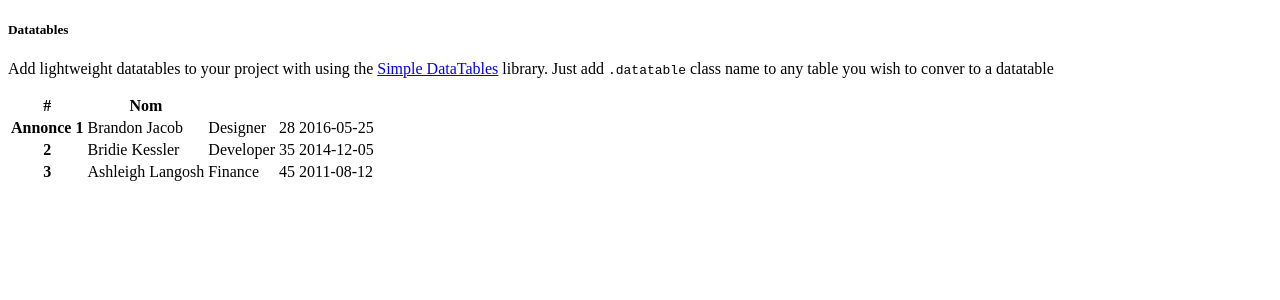
Repository: antsamadagascar/HR-Recruitment
Page: http://localhost/semestre5/application/views/table/annonces_tables.php
An editor plug-in stored every save of this project. The page is shown before and after the next save, followed by the edit.
The browser window is 1280 px wide. The pictures show the whole page.
The page is run by PHP 8.4 with error messages shown; the project is at /var/www/html/. application/core/MY_Config.php is not in the repository; a stand-in opens the database connection.

Above is the page before, as saved 2024-11-13 16:45:55.

After the next save:
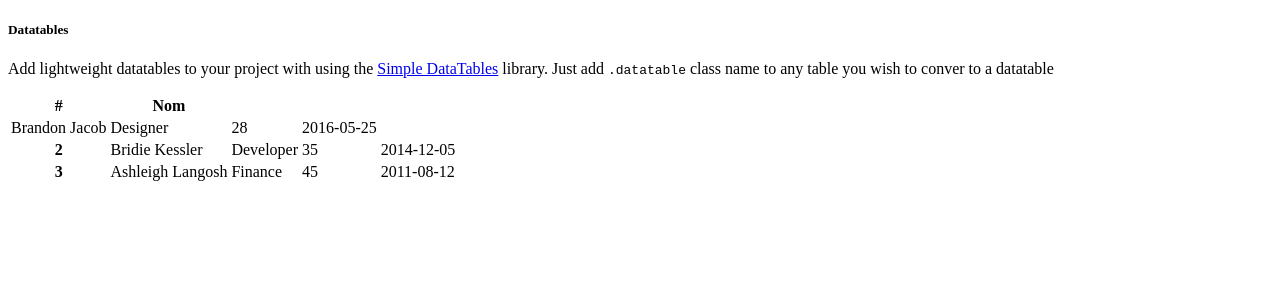
Saved 18 s later.
--- a/application/views/table/annonces_tables.php
+++ b/application/views/table/annonces_tables.php
@@ -28,7 +28,6 @@
                 </thead>
                 <tbody>
                   <tr>
-                    <th scope="row">Annonce 1</th>
                     <td>Brandon Jacob</td>
                     <td>Designer</td>
                     <td>28</td>
